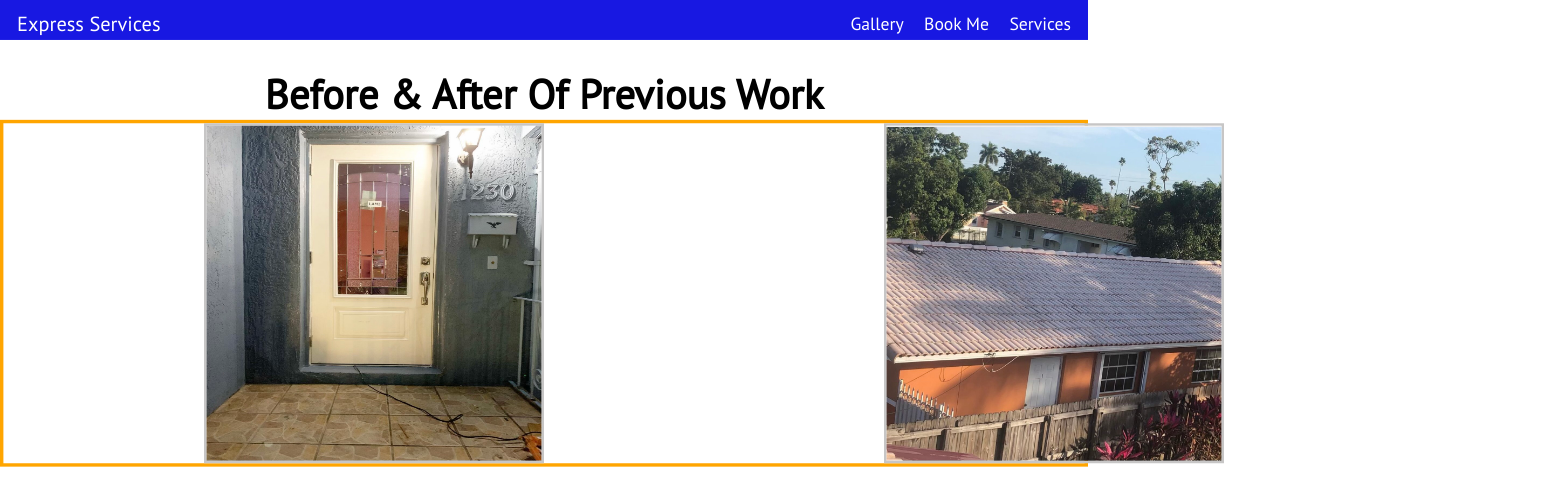
Repository: DrummerDee/mir-miami
Page: /Gallery (app in mr-miami/)
The author's editor kept a copy of each file at every save. The page is drawn from the files as they stood at one save, then again after the next save.
The browser window is 1280 px wide. The page is 1840 px wide, then 1440 px, so the pictures cover 1840 px, including what lies to the right of the window. The pictures show the whole page, at 85% of full size.
The project was rebuilt for these pictures with package versions that can differ from the ones it lists, and the page was loaded fresh each time. Also part of the build but not shown: mr-miami/src/Styles/Services.css, mr-miami/src/Components/Services.js, mr-miami/src/Components/Homepage.js, mr-miami/src/Styles/Calendar.css, mr-miami/src/Styles/Times.css, mr-miami/src/Components/Times.js, mr-miami/src/Components/Time.js, mr-miami/src/Components/BookMe.js.

Above is the page before, as saved 2022-09-09 13:15:45.

### mr-miami/public/index.html
<!DOCTYPE html>
<html lang="en">
  <head>
    <meta charset="utf-8" />
    <link rel="icon" href="%PUBLIC_URL%/favicon.ico" />
    <meta name="viewport" content="width=device-width, initial-scale=1" />
    <meta name="theme-color" content="#000000" />
    <meta
      name="description"
      content="Web site created using create-react-app"
    />
    <link rel="apple-touch-icon" href="%PUBLIC_URL%/logo192.png" />
    <!--
      manifest.json provides metadata used when your web app is installed on a
      user's mobile device or desktop. See https://developers.google.com/web/fundamentals/web-app-manifest/
    -->
    <link rel="manifest" href="%PUBLIC_URL%/manifest.json" />
    <!--
      Notice the use of %PUBLIC_URL% in the tags above.
      It will be replaced with the URL of the `public` folder during the build.
      Only files inside the `public` folder can be referenced from the HTML.

      Unlike "/favicon.ico" or "favicon.ico", "%PUBLIC_URL%/favicon.ico" will
      work correctly both with client-side routing and a non-root public URL.
      Learn how to configure a non-root public URL by running `npm run build`.
    -->
    <title>Exotic Express Services</title>
  </head>
  <body>
    <noscript>You need to enable JavaScript to run this app.</noscript>
    <div id="root"></div>
    <!--
      This HTML file is a template.
      If you open it directly in the browser, you will see an empty page.

      You can add webfonts, meta tags, or analytics to this file.
      The build step will place the bundled scripts into the <body> tag.

      To begin the development, run `npm start` or `yarn start`.
      To create a production bundle, use `npm run build` or `yarn build`.
    -->
  </body>
</html>

### mr-miami/src/App.js
import './Styles/App.css';
import { BrowserRouter as Router, Routes, Route } from "react-router-dom";
import Navbar from "./Components/Navbar";
import Services from "./Components/Services";
import Homepage from "./Components/Homepage";
import Gallery from "./Components/Gallery";
import BookMe from "./Components/BookMe";




function App() {
  return (
    <Router>
      <Navbar />
      <Routes>
        <Route path="/" element={<Homepage />} />
        <Route path="/Gallery" element={<Gallery />} />
        <Route path="/Services" element={<Services />} />
        <Route path="/BookMe" element={<BookMe />} />
      </Routes>
    </Router>
  );
}

export default App;

### mr-miami/src/Styles/App.css
@import url('https://fonts.googleapis.com/css2?family=IBM+Plex+Sans:wght@300&family=PT+Sans&display=swap');
* {
  box-sizing: border-box;
  margin: 0;
  padding: 0;
  font-family: 'PT Sans','IBM Plex Sans', sans-serif;
}

/* Gallery Page */
.gallery__body > h1 {
  font-size: 3rem;
  text-align: center;
  margin-top: 2rem;
}

.wrapper {
  display: flex;
  justify-content: center;
  align-items: center;
  border: 0.3rem solid orange;
}
.frame {
  display: flex;
  width: 90%;
  border-radius: 0.3rem;
  position: relative;
  height: 50%;
}
img{
  transition: all linear 0.6s;
  border: 0.2rem solid rgb(199, 198, 198);
}
.bottom{
  position:absolute;
  top: 0;
  opacity: 0;
  left: 0;
}
.frame:hover img{
  opacity: 0;
  cursor: pointer;
}
.frame:hover img.bottom{
  opacity: 1;
}

### mr-miami/src/Components/Navbar.js
import {Link } from 'react-router-dom'; //put this on every single routing page


// This isn't a homepage, just functionality for Navbar in the homepage
const Navbar = () => {
  return (
      <nav className="nav">
        <Link className="Home" to="/"> Express Services </Link>
        <ul>
          <li><Link to="/Gallery">Gallery</Link></li>
          <li><Link to="/BookMe">Book Me</Link></li>
          <li><Link to="/Services">Services</Link></li>
        </ul>
      </nav>
  );
}
export default Navbar;

### mr-miami/src/Components/Gallery.js
import React from "react";
import { LazyLoadImage } from 'react-lazy-load-image-component';
import sinkbefore from '../Assets/sinkbefore.jpeg';
import sinkafter from '../Assets/sinkafter.jpeg';
import doorbefore from '../Assets/Doorbefore.jpeg';
import doorafter from '../Assets/Doorafter.jpeg';
// import pavementbefore from '../Assets/pavementbefore.jpeg';
// import pavementafter from '../Assets/pavementafter.jpeg';
import roofafter from '../Assets/roofafter.jpeg';
import roofbefore from '../Assets/roofbefore.jpeg';



function Gallery() {
    return (
        <>
            <main className='gallery__body'>
                <h1> Before & After Of Previous Work </h1>
                <section className='wrapper'>
                        <div className='frame'>
                            <LazyLoadImage
                                src={sinkbefore}
                                width={400}
                                height={400}
                                effect='blur'
                                alt='broken sink'
                                className="top"
                            />
                            <LazyLoadImage
                                src={sinkafter}
                                width={400}
                                height={400}
                                effect='blur'
                                alt='broken sink'
                                className="bottom"
                            />
                        </div>
                        <div className='frame'>
                            <LazyLoadImage
                                src={doorbefore}
                                width={400}
                                height={400}
                                effect='blur'
                                alt='broken sink'
                                className="top"
                            />
                            <LazyLoadImage
                                src={doorafter}
                                width={400}
                                height={400}
                                effect='blur'
                                alt='broken sink'
                                className="bottom"
                            />
                        </div>
                        <div className='frame'>
                <LazyLoadImage
                    src={roofbefore}
                    width={400}
                    height={400}
                    effect='blur'
                    alt='broken sink'
                    className="top"
                />
                <LazyLoadImage
                    src={roofafter}
                    width={400}
                    height={400}
                    effect='blur'
                    alt='broken sink'
                    className="bottom"
                />
            </div>
                </section>
            </main>

        </>
    );
}










export default Gallery

### mr-miami/src/Styles/Homepage.css
* {
  box-sizing: border-box;
  margin: 0;
  padding: 0;
}

.homeBody {
  position: relative;
  height: 95vh;
  overflow: hidden;
}

.nav {
  background-color: rgb(24, 24, 226);
  color: white;
  display: flex;
  justify-content: space-between;
  align-items: stretch;
  gap: 2rem;
  padding: 0 1rem;
  padding-top: 0.5rem;
  font-size: 1.3rem;
}

.nav ul {
  padding: 0%;
  margin: 0;
  list-style: none;
  display: flex;
  gap: 1rem;
}

.Home {
  font-size: 1.5rem;
}

.nav a {
  display: flex;
  align-items: center;
  color: inherit;
  text-decoration: none;
  height: 100%;
  padding: 0.25rem;
}

.nav li:hover {
  border-top: white 0.2rem solid;
  transition: all 0.3s ease-out;
  padding: 0.25rem;
}

.home {
  display: flex;
  flex-direction: column;
  justify-content: center;
  align-items: center;
}

.homeBody .text {
  background-image: url('../Assets/background.png');
  background-repeat: no-repeat;
  background-size: cover;
  height: 100vh;
  color: white;
  display: flex;
  flex-direction: column;
  align-items: center;
  font-weight: 300;
}

.homeBody .text .homeMainText {
  color: white;
  border-top: 0.4rem solid black;
  border-bottom: 0.4rem solid black;
  font-size: 5rem;
  padding: 0.5rem 0 0.5rem 0;
  margin-top: 6.5rem;
}

.homeBody .text>h3 {
  font-size: 1.2rem;
  padding-top: 2rem;
}

.homeBody .text>h4 {
  font-size: 1.5rem;
  margin: 0;
}

.homeBody .text>p {
  margin-top: 15rem;
  font-size: 1.5rem;
  font-weight: 600;
}

Loaded but not shown: mr-miami/src/index.js (common file); mr-miami/src/reportWebVitals.js (common file)

After the next save:
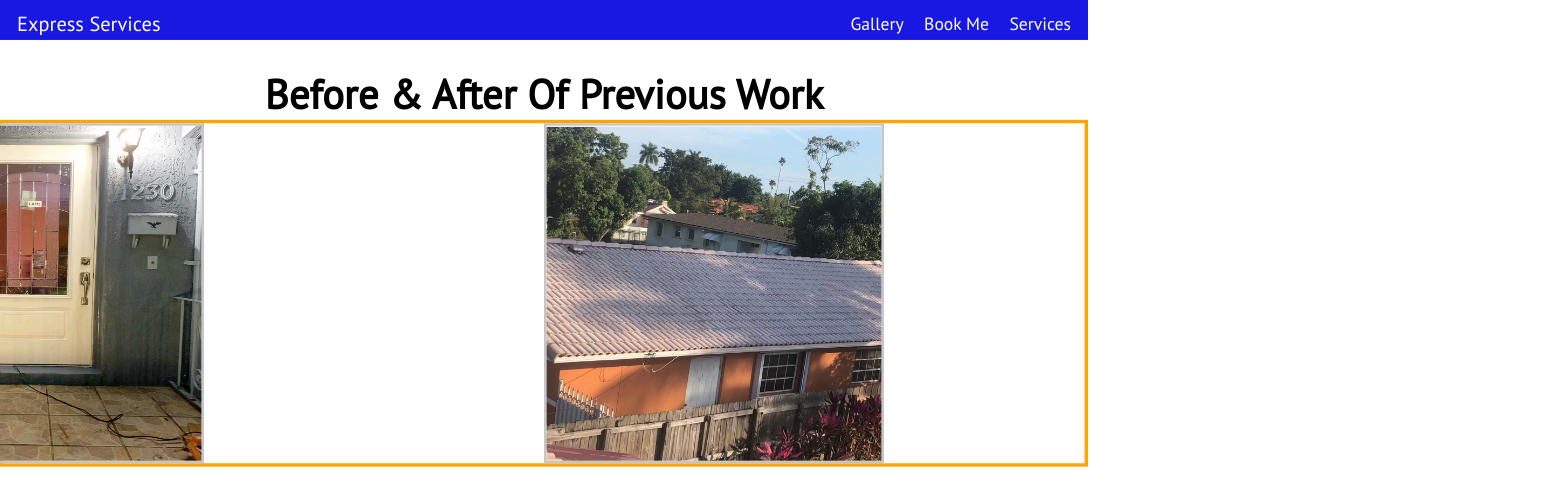
Saved 42 s later.
--- a/mr-miami/src/Components/Gallery.js
+++ b/mr-miami/src/Components/Gallery.js
@@ -18,7 +18,7 @@ function Gallery() {
                 <h1> Before & After Of Previous Work </h1>
                 <section className='wrapper'>
                         <div className='frame'>
-                            <LazyLoadImage
+                            {/* <LazyLoadImage
                                 src={sinkbefore}
                                 width={400}
                                 height={400}
@@ -33,7 +33,7 @@ function Gallery() {
                                 effect='blur'
                                 alt='broken sink'
                                 className="bottom"
-                            />
+                            /> */}
                         </div>
                         <div className='frame'>
                             <LazyLoadImage
